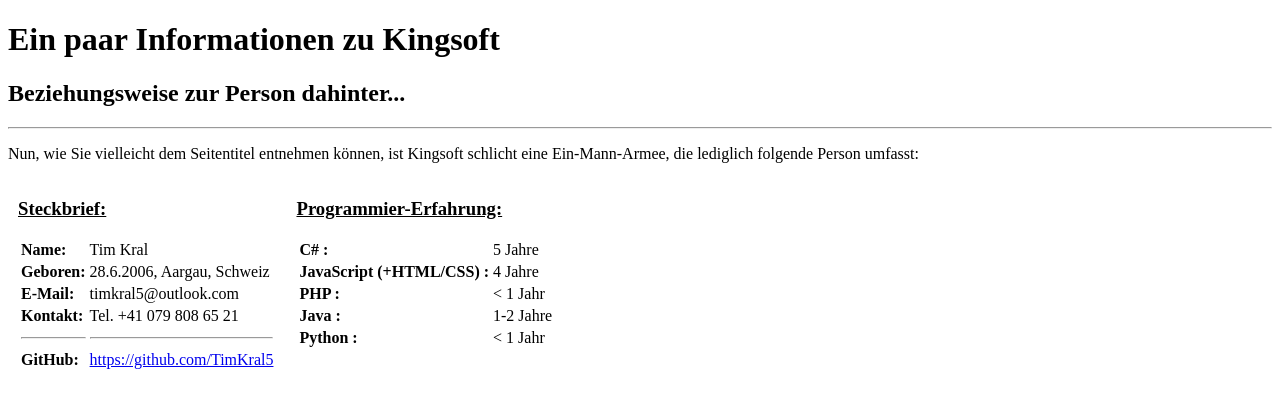
Repository: TimKral5/WikiPage
Page: Homepage/pages/about/about.htm
An editor plug-in stored every save of this project. The page is shown before and after the next save, followed by the edit.
The browser window is 1280 px wide. The pictures show the whole page.

Above is the page before, as saved 2022-11-11 09:30:09.

After the next save:
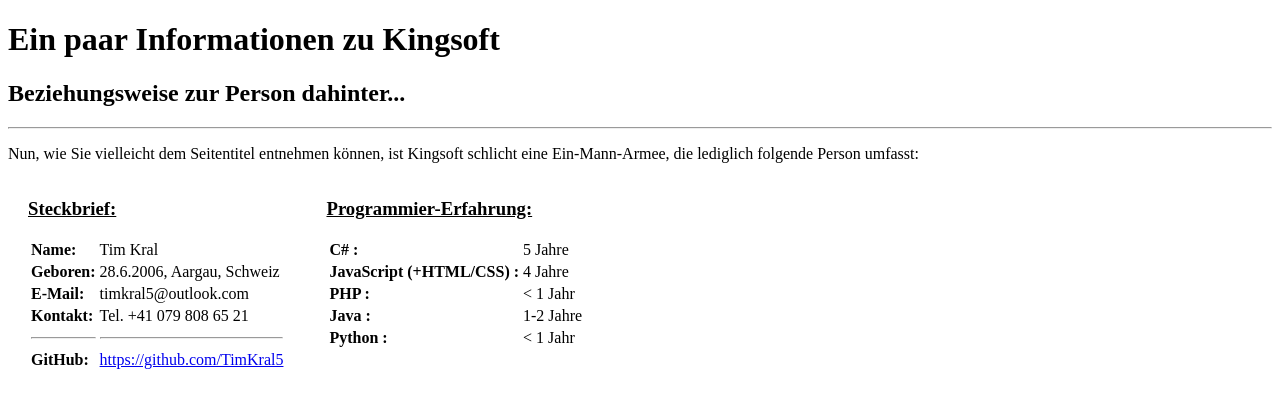
Saved 24 s later.
--- a/Homepage/pages/about/style.css
+++ b/Homepage/pages/about/style.css
@@ -7,6 +7,6 @@
 }
 
 div.container > section {
-    margin-left: 10px;
-    margin-right: 10px;
+    margin-left: 20px;
+    margin-right: 20px;
 }
